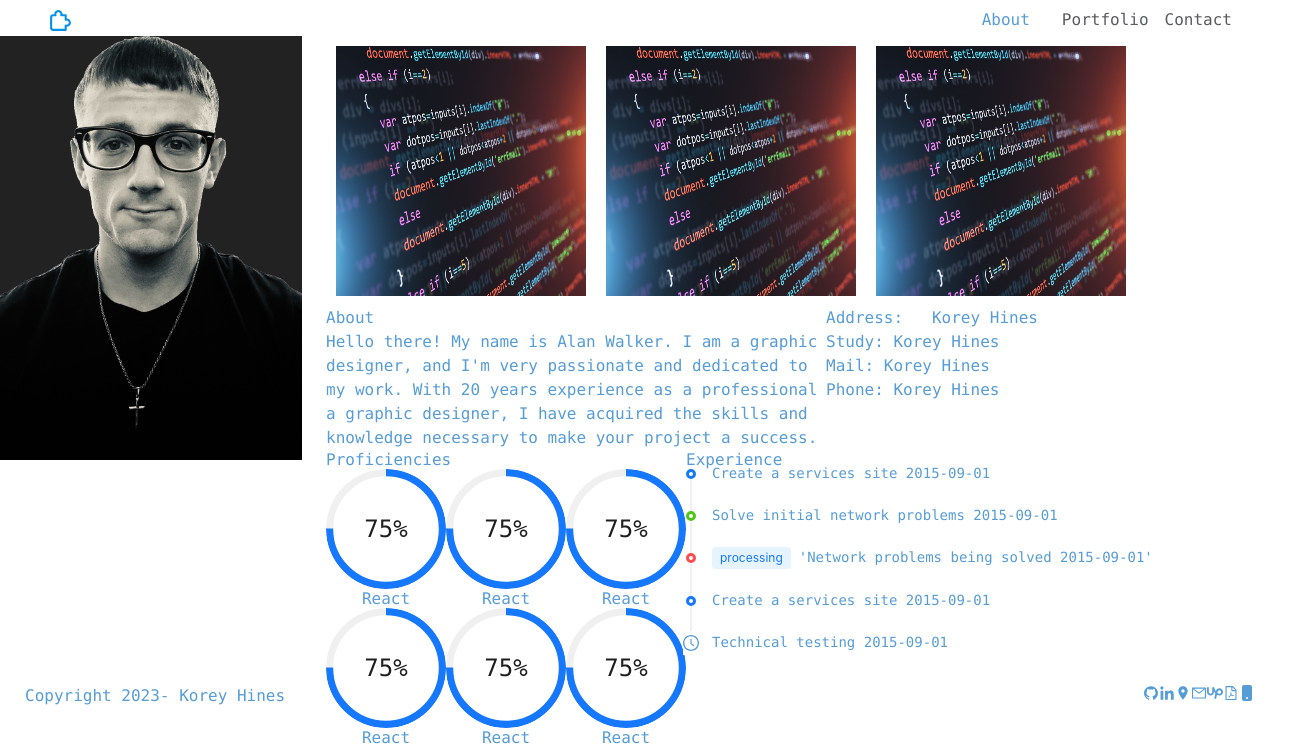
Repository: devkthines/next-portfolio-v2
Page: /about
The author's editor kept a copy of each file at every save. The page is drawn from the files as they stood at one save, then again after a run of saves.
The browser window is 1280 px wide. The page is 1292 px wide, so the pictures cover 1292 px, including what lies to the right of the window. The pictures show the whole page.
The project was rebuilt for these pictures with package versions that can differ from the ones it lists, and the page was loaded fresh each time. The framework's server and built-in components were replaced by stand-ins that run in the browser. Also part of the build but not shown: next.config.js.

Above is the page before, as saved 2023-09-25 22:21:19.

### src/app/layout.tsx
import 'bootstrap/dist/css/bootstrap.css';
import './globals.css'
import '../../css/style.css'
import '../../css/mobile.css'
import type { Metadata } from 'next'
import { Inter } from 'next/font/google'
import TopNav from './components/topNav'
import Footer from './components/footer'
import BottomNav from './components/bottomNav'
// Put any other imports below so that CSS from your
// components takes precedence over default styles.
const inter = Inter({ subsets: ['latin'] })

export const metadata: Metadata = {
  title: "&lt;Korey ❤️ Coding/&gt;",
  description: 'Generated by create next app',
  icons: '/puzzle-piece.svg'
}

export default function RootLayout({
  children,
}: {
  children: React.ReactNode
}) {
  return (
    <html lang="en">
      <head>
        <link rel="shortcut icon" href="/puzzle-piece.svg" type="image/x-icon" />
      </head>
      <body className={inter.className}>
        <TopNav />
        {children}
        <Footer />
        <BottomNav />
      </body>
    </html>
  )
}

### src/app/about/page.js
'use client'
import Container from 'react-bootstrap/Container';
import Row from 'react-bootstrap/Row';
import Col from 'react-bootstrap/Col';
import Button from 'react-bootstrap/Button';
import Card from 'react-bootstrap/Card';
import { Progress, Space } from 'antd';
import { ClockCircleOutlined } from '@ant-design/icons';
import { Timeline } from 'antd';
import Image from 'next/image';
import { Descriptions } from 'antd';
import { Divider, Tag } from 'antd'
import { CaretRightOutlined } from '@ant-design/icons'
const items = [
  {
    key: '1',
    label: 'Name',
    children: 'Zhou Maomao',
  },
  {
    key: '2',
    label: 'Telephone',
    children: '209-366-9363',
  },
  {
    key: '3',
    label: 'Study',
    children: 'Software Engineering',
  },
  {
    key: '4',
    label: 'email',
    children: 'dev.kthines@gmail.com',
  },
  {
    key: '5',
    label: 'Address',
    children: 'Lodi, CA',
  },
];




export default function About() {

  return (
    <div id='about'>

      <Row>

        <Col xs={3} id=''>
          <img variant="top" id='aboutImg' src='/images/IMG-update.jpg' /> </Col>
        <Col xs={9}>
          <div>
            <div id='aboutImgs' className='d-flex'>
              <img className='aboutImgs' src="/images/webstorm-vs-vscode.jpeg" alt="" />
              <img className='aboutImgs' src="/images/webstorm-vs-vscode.jpeg" alt="" />
              <img className='aboutImgs' src="/images/webstorm-vs-vscode.jpeg" alt="" />
            </div>
            <div className='d-flex'>
              <div id='abouttext'>
                <span className='spanabout'>About</span>
                <p>Hello there! My name is Alan Walker. I am
                  a graphic designer, and I'm very passionate and dedicated to my work.
                  With 20 years experience as a professional a graphic designer,
                  I have acquired the skills and knowledge necessary to make your project a success.</p>
              </div>
              <div>
                <ul>
                <li>Address: &nbsp;  Korey Hines</li>
                <li>Study:  Korey Hines</li>
                <li>Mail:  Korey Hines</li>
                <li>Phone:  Korey Hines</li>
                </ul>

              </div>
            </div>
            <div id='' className='d-flex'>
              <div>
                <h1>Proficiencies</h1>
                <div className='d-flex'>
                  <div className='text-center'><Progress strokeLinecap="butt" type="circle" percent={75} /><h6>React</h6></div>
                  <div className='text-center'><Progress strokeLinecap="butt" type="circle" percent={75} /><h6>React</h6></div>
                  <div className='text-center'><Progress strokeLinecap="butt" type="circle" percent={75} /><h6>React</h6></div>
                </div>
                <div className='d-flex'>
                  <div className='text-center'><Progress strokeLinecap="butt" type="circle" percent={75} /><h6>React</h6></div>
                  <div className='text-center'><Progress strokeLinecap="butt" type="circle" percent={75} /><h6>React</h6></div>
                  <div className='text-center'><Progress strokeLinecap="butt" type="circle" percent={75} /><h6>React</h6></div>
                </div>
              </div>
              <div>
                <h1>Experience</h1>
                <Timeline
                  // mode="alternate"
                  items={[
                    {
                      children: 'Create a services site 2015-09-01',
                    },
                    {
                      children: 'Solve initial network problems 2015-09-01',
                      color: 'green',
                    },
                    {
                      color: 'red',
                      children: <><Tag bordered={false} color="processing">
                        processing
                      </Tag>'Network problems being solved 2015-09-01'</>,
                    },
                    {
                      children: 'Create a services site 2015-09-01',
                    },
                    {
                      dot: <ClockCircleOutlined style={{ fontSize: '16px' }} />,
                      children: 'Technical testing 2015-09-01',
                    },
                  ]}
                />
              </div>
              <div>
                </div>
                </div>
           </div>
              </Col>


            </Row>

          </div>
          )
}

### css/style.css
* {
    box-sizing: border-box;
    margin: 0;
    padding: 0;
    font-family: Consolas, "Courier New", monospace;
    /* background-color: #222222; */
    color: #569cd6;

}

body {
    background-color: white;
}

.infoSection {
    /* width: 80vw; */
    height: 90vh;
    /* display: flex; */
    /* justify-content: center; */
    /* margin-bottom: 20vh; */
    background-color: #222222;
    border-bottom: 3px solid #569cd6;
}

#infoCol {
    display: flex;
    justify-content: center;
}

.aboutSection {
    /* width: 80vw; */
    padding-top: 100px;
    /* height: 70vh; */
    background: linear-gradient(#222222, rgb(24, 24, 24));
}

#portrait {
    width: 40vw;
    height: 80vh;
    /* border-radius: 0 0 2rem 2rem; */
}

#portraitCol {
    display: flex;
    justify-content: center;
}

#portrait:hover {
    transform: rotateX(180deg);
}

.imgTest {
    margin: 10px;
}

.imgTest:active {
    flex-grow: 10000;
    transform: scale(1);

    max-width: 600px;
    margin: 0px;
    border-radius: 40px;

    background-size: auto 100%;
}

.tab-content {
    height: 100% !important;
    margin-left: 25% !important;
}

/* .color-change{
    background-color: greenyellow;
} */
.noShow {
    display: none;
}

.buttonShow {
    display: block;
}

#tile1 {
    width: 700px;
    height: 500px;
}

#experience {
    padding-top: 50px;
    height: auto;
}

main {
    display: flex;
    flex-direction: column;
    justify-content: center;
    align-items: center;
}

.middle {
    transition: .5s ease;
    opacity: 0;
    position: absolute;
    top: 50%;
    left: 50%;
    transform: translate(-50%, -50%);
    -ms-transform: translate(-50%, -50%);
    text-align: center;
}

#imageTile1 {
    position: relative;
    width: 40vw;
    height: 70vh;
}

#tile1 {
    width: 100%;
    height: 100%;
}

#imageTile1:hover #tile1 {
    opacity: 0.3;
}

#imageTile1:hover .middle {
    opacity: 1;
}

.text {
    background-color: #04AA6D;
    color: white;
    font-size: 16px;
    padding: 16px 32px;
}

#no-expand {
    display: none;

}

#expandIt {
    display: block;
}

.no-Display {
    display: none;
}

.okToDisplay {
    display: block;
}

a.nav-link {
    color: #569cd6;
}


#topNav {
    background-color: white;
    display: none;
    /* position: fixed; */
    /* top: 0; */
    width: 100%;
    height: 5vh;
}

#footer {
    display: flex;
    justify-content: space-between;
    padding: 0 25px;
}

#bottomNav {
    display: flex;
    position: fixed;
    bottom: 0;
    width: 100%;
    background-color: white;
    font-size: 16px;
}
#about{
    /* margin-top: 10vh; */
    height: 90vh;
    /* overflow: hidden; */
}

#aboutImg{
    width: 400px;
    /* height: ; */
    /* padding: 15px 15px 30px; */
}
#aboutcard{
    box-shadow: 0 4px 6px rgba(0, 0, 0, .3);
    /* height: fit-content; */
    /* width: 400px; */

}
.interests{
    width: 200px;
    height: 300px;
}
.interestImg{
    width: 200px;
    height: 200px;
}
#abtTop{
    height: 45vh;
}
#abtBtm{
    height: 45vh;
}
#abtLeft{
    /* width: 25vw; */
}
#abtRight{
    /* width: 75vw; */
}
.aboutImgs{
    width: 250px;
    height: 250px;
    margin: 10px;
}
#aboutImgs{

}
.spanabout ::after{
margin-left: 25px;
width: 5000px;
height: 1px;
background-color: #7d7789;
left: 100%;
top: 50%;
}
#abouttext{
width: 500px;
}

### css/mobile.css
@media screen and (min-width: 640px){

    /* background-color: green!important; */
    #portrait{
        width: 500px;
        height: 500px;
        /* border-radius: 0 0 2rem 2rem; */

    }

main{
    /* color: white!important; */
}
}
@media screen and (min-width: 768px){
#portraitCol{

    justify-content: start;
}
#infoCol{
    justify-content: end;
    /* text-align: end; */
}
}
@media screen and (min-width: 1024px){
    #portrait{
        width: 600px;
        height: 600px;
        /* border-radius: 0 0 2rem 2rem; */
    }
    #topNav{
        display:flex ;
    }
    #bottomNav{
        display: none;
    }
}
@media screen and (min-width: 1280px){

}
@media screen and (min-width: 1536px){

}

### src/app/components/topNav.js
'use client';
import Nav from 'react-bootstrap/Nav';
import Image from 'next/image';


export default function TopNav(){

    return(
        <header>
        {/* <Navbar id='topNav' className={`${color ? 'color-change' : ''}`} sticky='top' expand="lg" > */}

        <Nav id='topNav' variant="underline" defaultActiveKey="/home" className='d-flex justify-content-between'>
       <div className='ms-5'><Nav.Item>
          <Nav.Link href="/"><Image width={25} height={25} id='navbrand' src="/puzzle-piece.svg" alt="" /></Nav.Link>
        </Nav.Item></div>
        <div className='d-flex me-5'><Nav.Item className='px-3'>
          <Nav.Link href="/about">About</Nav.Link>
        </Nav.Item>
        <Nav.Item className='px-3'>
          <Nav.Link eventKey="disabled" disabled>
            Portfolio
          </Nav.Link>
        </Nav.Item>
        <Nav.Item>
          <Nav.Link eventKey="disabled" disabled>
            Contact
          </Nav.Link>
        </Nav.Item>
        </div>
      </Nav>
      </header>
    )
} ;

### src/app/components/footer.js
'use client'

import OverlayTrigger from 'react-bootstrap/OverlayTrigger';
import Card from 'react-bootstrap/Card';
import { AiFillGithub } from 'react-icons/ai';
import { GrLinkedinOption } from 'react-icons/gr';
import { MdVolunteerActivism } from 'react-icons/md';
import { IoLogoCss3 } from 'react-icons/io';
import { IoLogoJavascript } from 'react-icons/io';
import { CgGym } from 'react-icons/cg';
import { AiOutlineMail } from 'react-icons/ai';
import { AiOutlineFilePdf } from 'react-icons/ai';
import { BsFillPhoneFill } from 'react-icons/bs';
import { MdLocationOn } from 'react-icons/md';
import { SiUpwork } from 'react-icons/si';
// import PicOfMe from '/images/image_67220481.JPG'
import Container from 'react-bootstrap/Container';
import Row from 'react-bootstrap/Row';
import Col from 'react-bootstrap/Col';
import { useEffect } from 'react';
import Tooltip from 'react-bootstrap/Tooltip';
import $ from 'jquery'

 export default function Footer(){
    const btnName = {
        'gitHub': {
          'id': 1,
          "placement": "bottom",
          "info": "gitHub",
          "icon": <a href="https://github.com/devkthines" target='_blank'>
            <button className='quickLinks'><AiFillGithub /></button></a>
        },
        'linkedIn': {
          'id': 2,
          "placement": "bottom",
          "info": "linkedIn",
          "icon": <a href="https://www.linkedin.com/in/korey-hines-17b0a9263" target='_blank'><button className='quickLinks'><GrLinkedinOption />
          </button></a>
        },
        'gMaps': {
          'id': 3,
          "placement": "bottom",
          "info": "gMaps",
          "icon": <a href="https://goo.gl/maps/BovFkBEjUMQ6VBob9" target='_blank'>
            <button className='quickLinks'><MdLocationOn /></button></a>
        },
        'gMail': {
          'id': 4,
          "placement": "bottom",
          "info": "gMail",
          "icon": <a href="mailto:dev.kthines@gmail.com"><button className='quickLinks'><AiOutlineMail /></button></a>
        },
        'upWork': {
          'id': 5,
          "placement": "bottom",
          "info": "upWork",
          "icon": <a href="https://www.upwork.com/freelancers/~01ae4feb16c6fa7213?viewMode=1" target='_blank'>
            <button className='quickLinks'><SiUpwork /></button></a>
        },
        'redPDF': {
          'id': 6,
          "placement": "bottom",
          "info": "resume",
          "icon": <a className='aLink' target="_blank" href="/files/hinesResume.pdf">
            <button className='quickLinks'><AiOutlineFilePdf /></button></a>
        },
        'phone': {
          'id': 7,
          "placement": "bottom",
          "info": "phone",
          "icon": <a href="tel:2093669363" >  <button className='quickLinks'><BsFillPhoneFill /></button></a>
        }
      }
    return(
        <>
        <footer id='footer'><p>Copyright 2023- Korey Hines</p>
       <div> {Object.entries(btnName).map(([k, v]) => (
                <div className='d-inline-block' key={v.id}>
                  <OverlayTrigger
                    trigger="hover"
                    key={v.id}
                    placement={v.placement}
                    overlay={

                      <Tooltip id={`tooltip-${v.placement}`}>
                        {v.info}
                      </Tooltip>
                    }
                  >
                    {v.icon}
                  </OverlayTrigger>
                </div>))}
</div>
        </footer>
        </>
    )
 }

### src/app/components/bottomNav.js
'use client'
import Nav from 'react-bootstrap/Nav';
import Image from 'next/image';
export default function BottomNav(){

    return(
        <>
        <Nav id='bottomNav' className="justify-content-center" activeKey="/home">
        <Nav.Item>
          <Nav.Link href="/"><Image width={25} height={25} id='navbrand' src="/puzzle-piece.svg" alt="" /></Nav.Link>
        </Nav.Item>
        <Nav.Item>
          <Nav.Link eventKey="link-1">About</Nav.Link>
        </Nav.Item>
        <Nav.Item>
          <Nav.Link eventKey="link-2">Portfolio</Nav.Link>
        </Nav.Item>
        <Nav.Item>
          <Nav.Link eventKey="disabled" disabled>
            Contact
          </Nav.Link>
        </Nav.Item>
      </Nav>
        </>
    )
}

Loaded but not shown: src/app/globals.css (common file); tailwind.config.ts (common file)

After the next 3 saves:
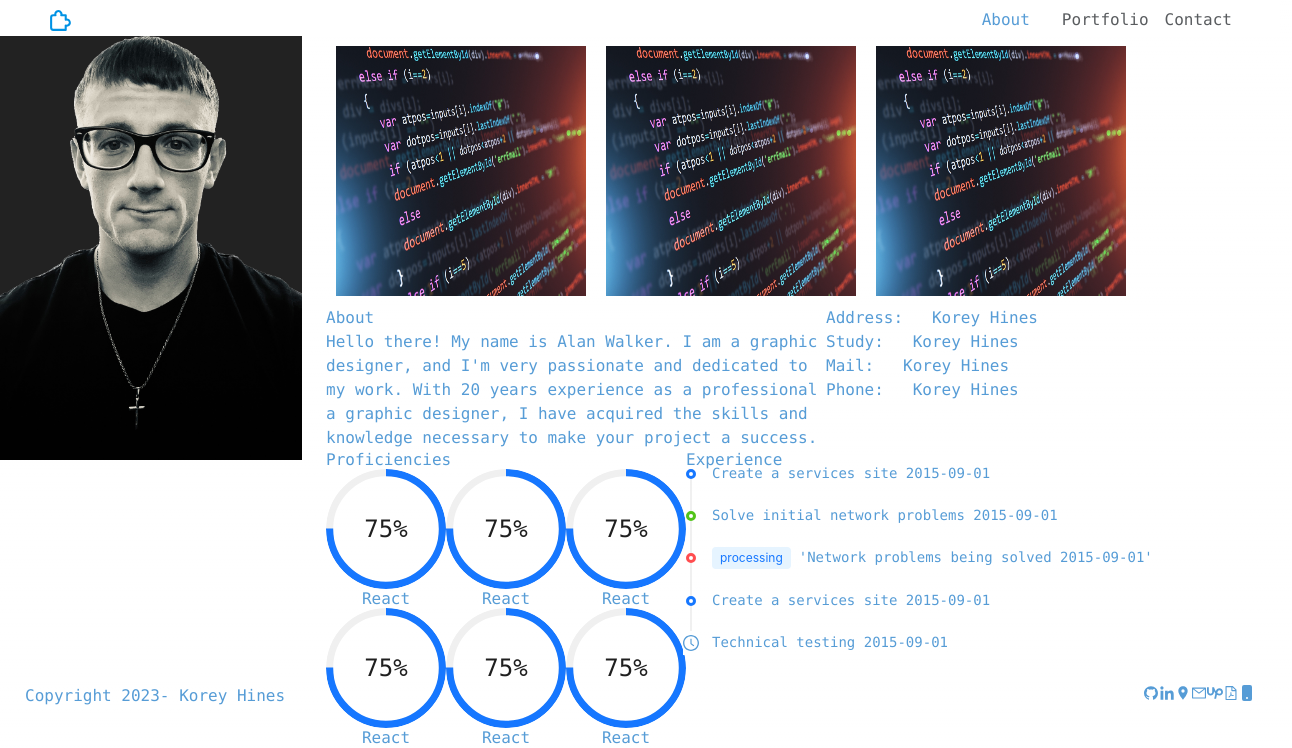
The 3 saves are shown as one change because they came seconds apart.
The last was saved 15 s later.
--- a/src/app/about/page.js
+++ b/src/app/about/page.js
@@ -69,9 +69,9 @@ export default function About() {
               <div>
                 <ul>
                 <li>Address: &nbsp;  Korey Hines</li>
-                <li>Study:  Korey Hines</li>
-                <li>Mail:  Korey Hines</li>
-                <li>Phone:  Korey Hines</li>
+                <li>Study: &nbsp;  Korey Hines</li>
+                <li>Mail: &nbsp;  Korey Hines</li>
+                <li>Phone: &nbsp;  Korey Hines</li>
                 </ul>
 
               </div>
